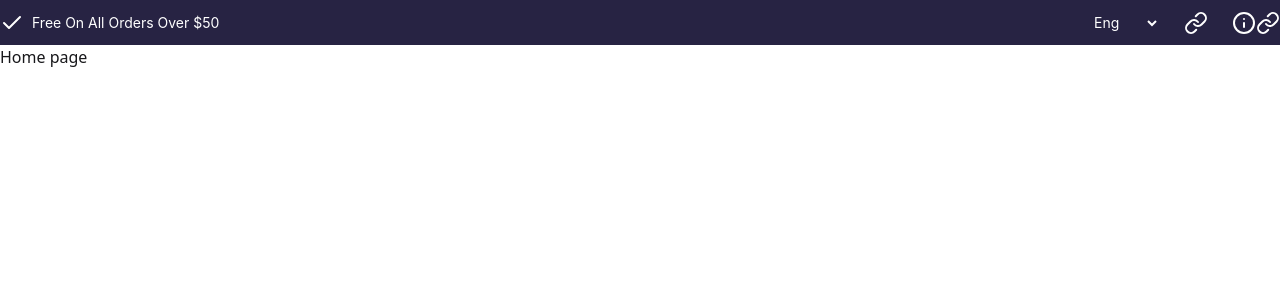
Repository: Neda0o0/store-template-website
Page: /
These files come from the project's save history. The page is drawn as it stood at one moment and after the next save; the edit follows.
The browser window is 1280 px wide. The pictures show the whole page.
The project was rebuilt for these pictures with package versions that can differ from the ones it lists, and the page was loaded fresh each time. Also part of the build but not shown: vite.config.js, src/Pages/Auth/Auth.jsx, src/Pages/Auth/Login/Login.jsx, src/Pages/Auth/Register/Register.jsx, src/Pages/Error/Error.jsx, src/AuthCheck/AuthCheck.jsx.

Above is the page before, as saved 2025-10-20 17:23:31.

After the next save:
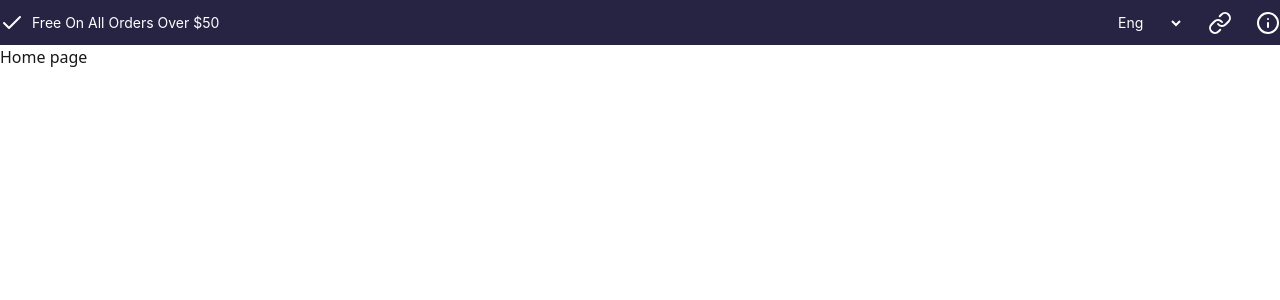
Saved 17 s later.
--- a/src/components/Navbar/Navbar.jsx
+++ b/src/components/Navbar/Navbar.jsx
@@ -23,7 +23,6 @@ const Navbar = () => {
             </button>
             <button className="flex items-center text-sm text-white font-inter font-normal capitalize ">
               <Info />
-              <Link>need help</Link>
             </button>
           </div>
         </div>

After the save that followed:
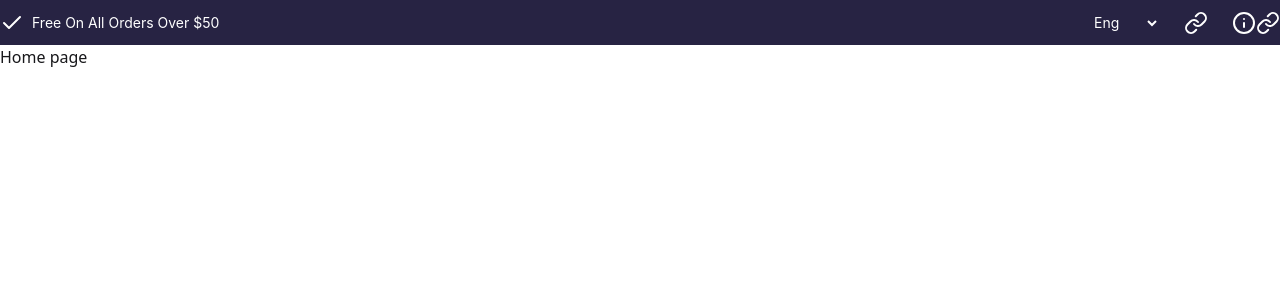
Saved 8 s later.
--- a/src/components/Navbar/Navbar.jsx
+++ b/src/components/Navbar/Navbar.jsx
@@ -23,6 +23,7 @@ const Navbar = () => {
             </button>
             <button className="flex items-center text-sm text-white font-inter font-normal capitalize ">
               <Info />
+              <Link>need help</Link>
             </button>
           </div>
         </div>
